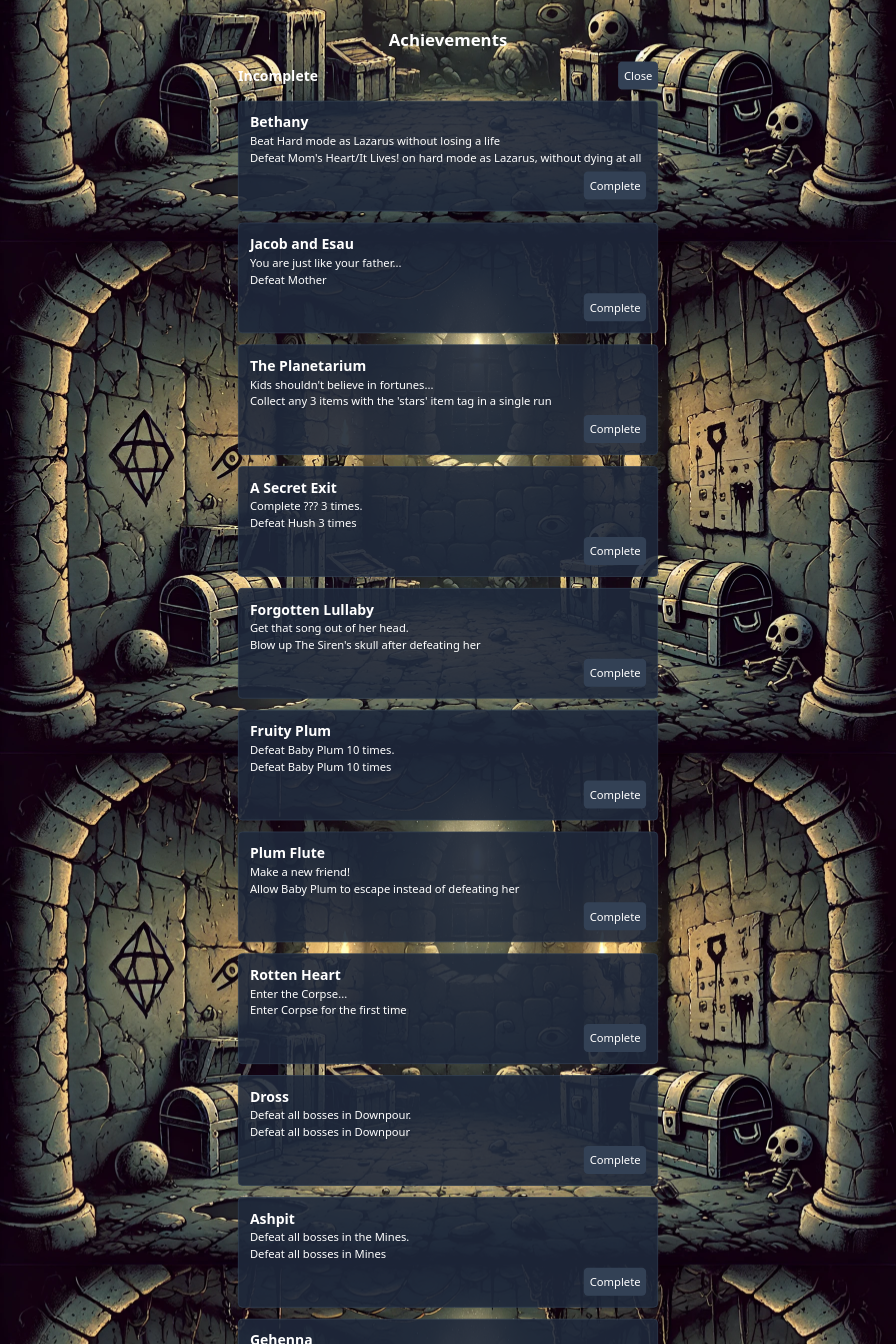
Repository: x9751/binding_of_issac_achivment_checklist
Page: /
These files come from the project's save history. The page is drawn as it stood at one moment and after the next save; the edit follows.
The browser window is 1280 px wide. The pictures show the part of the page from y = 0 to 1920 px (the page is 121304 px tall before and 121316 px after), at 70% of full size.
Backgrounds fixed to the window are drawn as part of the page. The project was rebuilt for these pictures with package versions that can differ from the ones it lists, and the page was loaded fresh each time. Also part of the build but not shown: vite.config.ts.

Above is the page before, as saved 2024-07-22 23:00:50.
Console error: ReferenceError: z is not defined

After the next save:
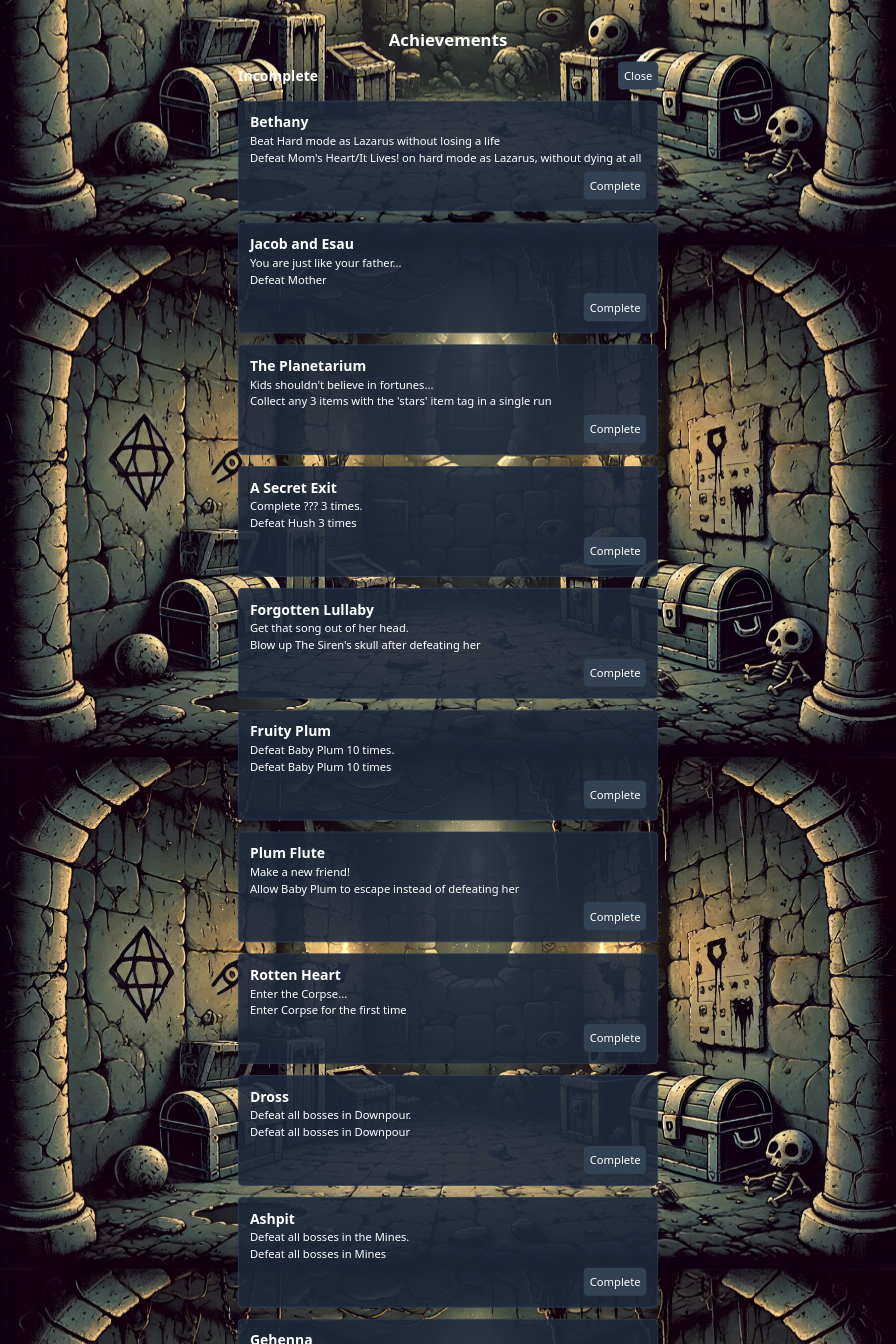
Saved 13 s later.
--- a/src/app.tsx
+++ b/src/app.tsx
@@ -114,8 +114,14 @@
 							</div>
 						))}
 				</div>
-				<div className="flex flex-col gap-4 mt-4 max-w-[600px] mx-auto ">
+				<div className="flex items-center justify-between mt-4 max-w-[600px] mx-auto ">
 					<h2 className="text-xl font-bold">Completed</h2>
+					<button
+						className="bg-slate-700 hover:bg-slate-600 p-2 rounded-md"
+						onClick={() => setCompletedOpen(!completedOpen)}
+					>
+						{completedOpen ? "Close" : "Open"}
+					</button>
 				</div>
 				<div className="flex flex-col gap-4 mt-4 max-w-[600px] mx-auto ">
 					{completedOpen &&
